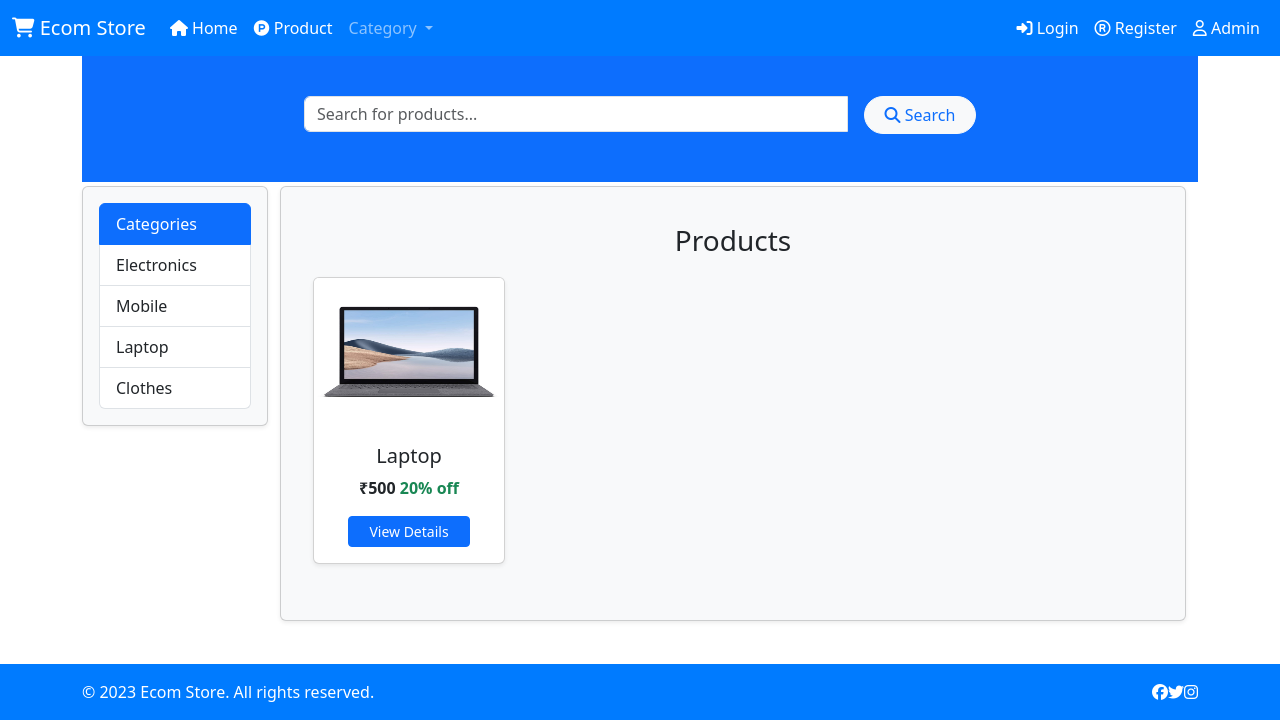
Repository: Deva-bot/EcomProject
Page: http://localhost/product
These files come from the project's save history. The page is drawn as it stood at one moment and after the next save; the edit follows.
The browser window is 1280 px wide. The pictures show the whole page.
The page is this project's Thymeleaf template; nobody is signed in. The template is opened directly, without the code that normally fills it, so the values that code supplies are empty.

Above is the page before, as saved 2024-07-12 17:12:38.

After the next save:
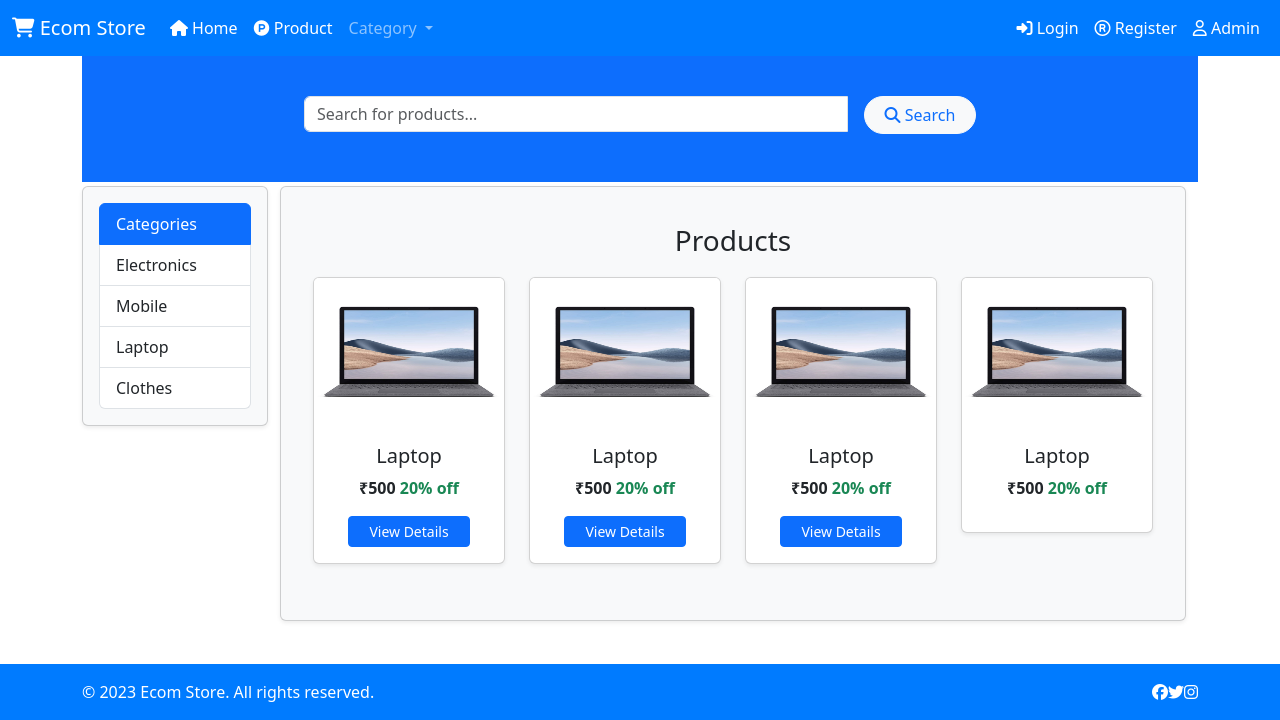
Saved 17 s later.
--- a/Shopping_Cart/src/main/resources/templates/product.html
+++ b/Shopping_Cart/src/main/resources/templates/product.html
@@ -1,7 +1,7 @@
 <!DOCTYPE html>
 <html lang="en" xmlns:th="http://www.thymeleaf.org" th:replace="base::layout(~{::section})">
 <head>
-    <meta charset="UTF-8">
+    <meta charset="ISO-8859-1">
     <title>Product Details</title>
 </head>
 <body>
@@ -13,7 +13,7 @@
                         <div class="input-group">
                             <input type="text" class="form-control h-50" name="search" placeholder="Search for products...">
                             <button class="btn btn-light text-primary ms-3 col-md-2 h-50 rounded-pill">
-                                <i class="fas fa-search"></i> Search
+                                <i class="fa-solid fa-magnifying-glass"></i> Search
                             </button>
                         </div>
                     </form>
@@ -56,17 +56,65 @@
                                         <div class="card-body">
                                             <h5 class="card-title text-center">Laptop</h5>
                                             <div class="row text-center">
-                                                <p class="fs-6 fw-bold"> ₹500
+                                                <p class="fs-6 fw-bold"> &#8377;500
                                                     <span class="fs-6 text-success">20% off</span>
                                                 </p>
-                                                <a href="/product-details/1" class="btn btn-primary btn-sm col-md-8 offset-md-2">View Details</a>
+												<a href="/product-details/1" class="btn btn-primary btn-sm col-md-8 offset-md-2">View Details</a>
+
                                             </div>
                                         </div>
                                     </div>
                                 </div>
 
-                                <!-- Repeat for other product cards -->
+                                <div class="col-md-3 mb-4">
+                                    <div class="card shadow-sm">
+                                        <img src="img/product_img/laptop.jpg" class="card-img-top" alt="Laptop"
+                                            height="150px">
+                                        <div class="card-body">
+                                            <h5 class="card-title text-center">Laptop</h5>
+                                            <div class="row text-center">
+                                                <p class="fs-6 fw-bold"> &#8377;500
+                                                    <span class="fs-6 text-success">20% off</span>
+                                                </p>
+												<a href="/product-details/1" class="btn btn-primary btn-sm col-md-8 offset-md-2">View Details</a>
 
+                                            </div>
+                                        </div>
+                                    </div>
+                                </div>
+
+                                <div class="col-md-3 mb-4">
+                                    <div class="card shadow-sm">
+                                        <img src="img/product_img/laptop.jpg" class="card-img-top" alt="Laptop"
+                                            height="150px">
+                                        <div class="card-body">
+                                            <h5 class="card-title text-center">Laptop</h5>
+                                            <div class="row text-center">
+                                                <p class="fs-6 fw-bold"> &#8377;500
+                                                    <span class="fs-6 text-success">20% off</span>
+                                                </p>
+												<a href="/product-details/1" class="btn btn-primary btn-sm col-md-8 offset-md-2">View Details</a>
+
+                                            </div>
+                                        </div>
+                                    </div>
+                                </div>
+
+                                <div class="col-md-3 mb-4">
+                                    <div class="card shadow-sm">
+                                        <img src="img/product_img/laptop.jpg" class="card-img-top" alt="Laptop"
+                                            height="150px">
+                                        <div class="card-body">
+                                            <h5 class="card-title text-center">Laptop</h5>
+                                            <div class="row text-center">
+                                                <p class="fs-6 fw-bold"> &#8377;500
+                                                    <span class="fs-6 text-success">20% off</span>
+                                                </p>
+
+                                            </div>
+                                        </div>
+                                    </div>
+                                </div>
                             </div>
                         </div>
                     </div>
